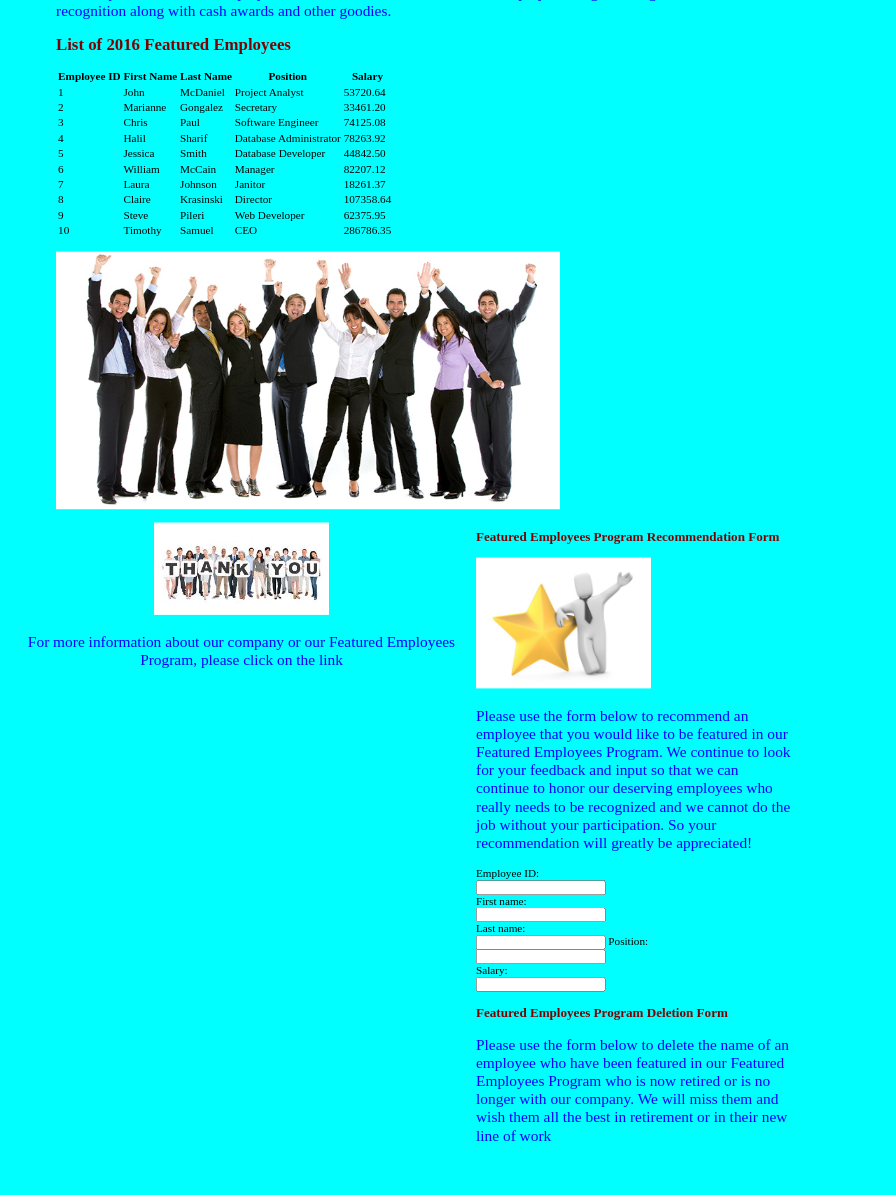
Repository: myjavaweb2/Week5JDBCAssignments
Page: myweek4project/src/main/webapp/employee.html
These files come from the project's save history. The page is drawn as it stood at one moment and after the next save; the edit follows.
The browser window is 1280 px wide. The pictures show the part of the page from y = 699 to 2619 px (the page is 2406 px tall before and 2619 px after), at 70% of full size.

Above is the page before, as saved 2016-08-30 19:23:48.

### myweek4project/src/main/webapp/employee.html
<!DOCTYPE html>
<html>
<head>
<meta charset="ISO-8859-1">
<title>Employee Recognition Program</title>

<link rel="stylesheet" type="text/css" href="styles.css">
</head>
<body>

	<header>

		<h1>New Age International IT Consultants</h1>

	</header>

	<main>

	<h2>We Are a Global Leaders in IT Consultants</h2>

	<p>New Age International IT Consultants is a worldwide IT
		consulting company that services many Fortune 500 companies. We
		provide support to reputable companies in the areas of software
		engineering, project management, IT analysis, database management
		systems, and information technology security. We also work with
		companies in screening their IT hires and provide mentoring to new
		hires and experienced company staffs.</p>

	<h3>List of our Major Services</h3>

	<ul>
		<li>Software Engineering</li>
		<li>Project Management</li>
		<li>Database Administration</li>
		<li>Web Design and Development</li>
		<li>IT Skills Recruitment and Mentoring</li>
	</ul>

	<h2>Featured Employees Program</h2>
	<p>At New Age International IT Consultants, our employees are our
		most valuable assets and we strive to honor our employees each year
		for their royalty and dedication to providing high quality services to
		our vast arrays of clients. Our employees who are featured on our
		Featured Employees Program are given recognition along with cash
		awards and other goodies.</p>

	<h2>List of 2016 Featured Employees</h2>

	<table class="table table-striped">
		<tr>
			<th>Employee ID</th>
			<th>First Name</th>
			<th>Last Name</th>
			<th>Position</th>
			<th>Salary</th>
		</tr>
		<tr>
			<td>1</td>
			<td>John</td>
			<td>McDaniel</td>
			<td>Project Analyst</td>
			<td>53720.64</td>
		</tr>
		<tr>
			<td>2</td>
			<td>Marianne</td>
			<td>Gongalez</td>
			<td>Secretary</td>
			<td>33461.20</td>
		</tr>
		<tr>
			<td>3</td>
			<td>Chris</td>
			<td>Paul</td>
			<td>Software Engineer</td>
			<td>74125.08</td>
		</tr>
		<tr>
			<td>4</td>
			<td>Halil</td>
			<td>Sharif</td>
			<td>Database Administrator</td>
			<td>78263.92</td>
		</tr>
		<tr>
			<td>5</td>
			<td>Jessica</td>
			<td>Smith</td>
			<td>Database Developer</td>
			<td>44842.50</td>
		</tr>
		<tr>
			<td>6</td>
			<td>William</td>
			<td>McCain</td>
			<td>Manager</td>
			<td>82207.12</td>
		</tr>
		<tr>
			<td>7</td>
			<td>Laura</td>
			<td>Johnson</td>
			<td>Janitor</td>
			<td>18261.37</td>
		</tr>
		<tr>
			<td>8</td>
			<td>Claire</td>
			<td>Krasinski</td>
			<td>Director</td>
			<td>107358.64</td>
		</tr>
		<tr>
			<td>9</td>
			<td>Steve</td>
			<td>Pileri</td>
			<td>Web Developer</td>
			<td>62375.95</td>
		</tr>
		<tr>
			<td>10</td>
			<td>Timothy</td>
			<td>Samuel</td>
			<td>CEO</td>
			<td>286786.35</td>
		</tr>
	</table>
	<br>
	<img alt="2016 Featured Employees" src="images/employees.jpg"> </main>

	<aside>
		<h3>Featured Employees Program Recommendation Form</h3>

		<img alt="2016 Featured Employees" src="images/employee_pride.jpg"
			width="250px">

		<p>Please use the form below to recommend an employee that you
			would like to be featured in our Featured Employees Program. We
			continue to look for your feedback and input so that we can continue
			to honor our deserving employees who really needs to be recognized
			and we cannot do the job without your participation. So your
			recommendation will greatly be appreciated!</p>

		<form action="">
				Employee ID:<br> <input type="text" name="employee_id"><br>
				First name:<br> <input type="text" name="first_name"><br>
				Last name:<br> <input type="text" name="last_name">
				Position:<br> <input type="text" name="position"><br>
				Salary:<br> <input type="text" name="salary">
		</form>

		<h3>Featured Employees Program Deletion Form</h3>

		<p>Please use the form below to delete the name of an employee who
			have been featured in our Featured Employees Program who is now
			retired or is no longer with our company. We will miss them and wish
			them all the best in retirement or in their new line of work</p>

	</aside>

	<footer>

		<img alt="2016 Featured Employees" src="images/employees2.jpg"
			width="250px">

		<p>For more information about our company or our Featured
			Employees Program, please click on the link</p>


	</footer>

</body>
</html>

### myweek4project/src/main/webapp/styles.css
html, body {
	margin: 0;
	padding: 0;
	border: 0;
	font-size: 100%;
	background-color: aqua;
}

header {
	height: 135px;
}

main {
	width: 950px;
	background-color: aqua;
	float: left;
	padding-left: 0;
	padding-right: 0;
	position: relative;
	right: 20px;
  	left: 80px;
  	top: 20px;
  	bottom: 15px;
}

aside {
	width: 450px;
	background-color: aqua;
	float: right;
	padding: 25px;
	padding-right: 150px;
}

footer {
	clear: left;
	padding: 35px;
	border: 5px;
	text-align: center;
}

p {
	font-style: Times New Roman, Tahoma, sans serif;
	font-size: 22px;
	color: blue;
}

h1, h2, h3 {
	font-family: fantasy, serif;
	color:maroon;
}

h1 {
	font-family: "Helvetica-Bold",Impact, sans serif;
	text-align: center;

}

ul {
	color:teal;
	font-size: 20px;
}
a {
	color: purple;
	text-decoration: none;
}

a:hover {

    text-decoration: line-through;
}

After the next save:
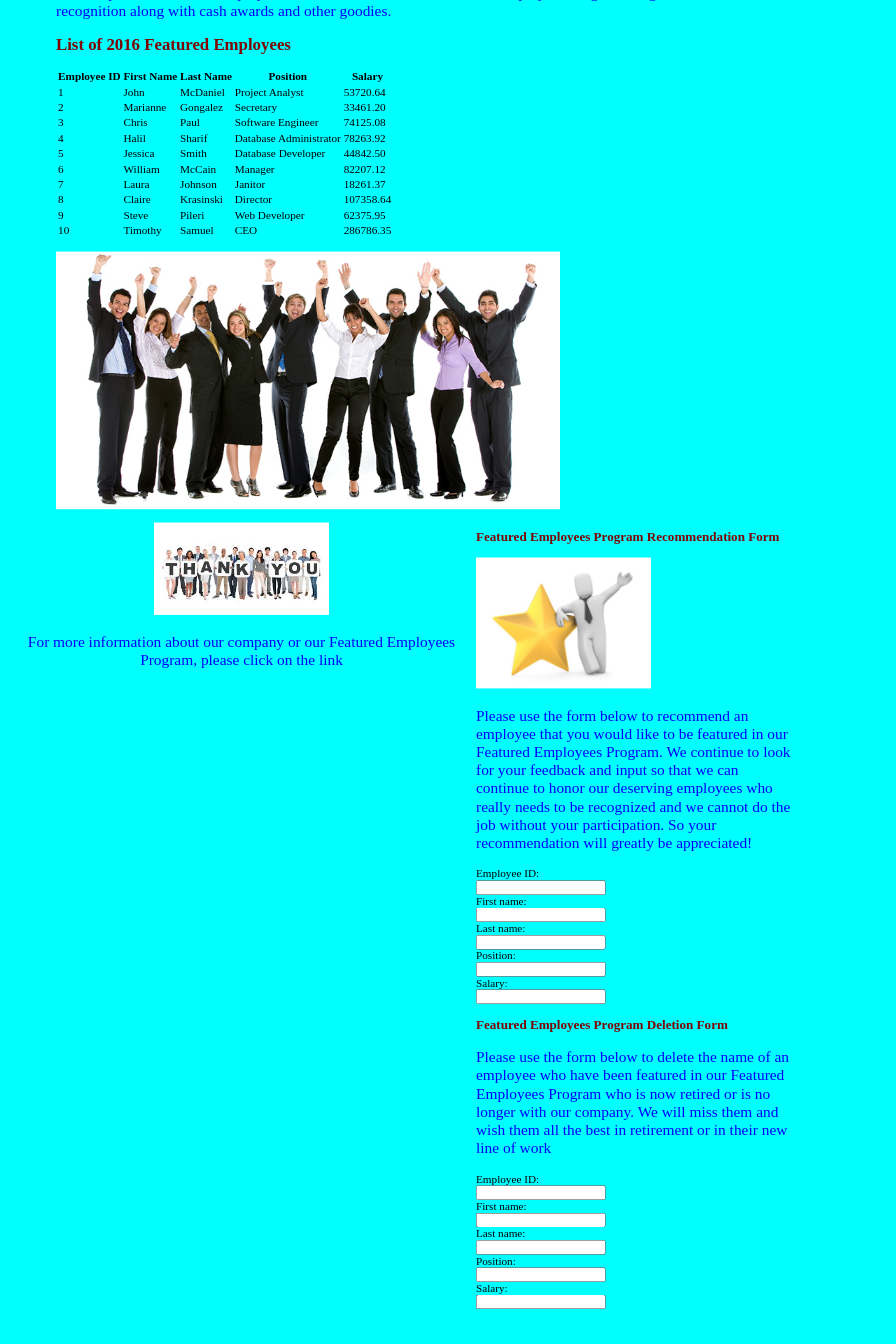
Saved 38 s later.
--- a/myweek4project/src/main/webapp/employee.html
+++ b/myweek4project/src/main/webapp/employee.html
@@ -144,7 +144,7 @@
 		<form action="">
 				Employee ID:<br> <input type="text" name="employee_id"><br>
 				First name:<br> <input type="text" name="first_name"><br>
-				Last name:<br> <input type="text" name="last_name">
+				Last name:<br> <input type="text" name="last_name"><br>
 				Position:<br> <input type="text" name="position"><br>
 				Salary:<br> <input type="text" name="salary">
 		</form>
@@ -155,6 +155,14 @@
 			have been featured in our Featured Employees Program who is now
 			retired or is no longer with our company. We will miss them and wish
 			them all the best in retirement or in their new line of work</p>
+
+			<form action="">
+				Employee ID:<br> <input type="text" name="employee_id"><br>
+				First name:<br> <input type="text" name="first_name"><br>
+				Last name:<br> <input type="text" name="last_name"><br>
+				Position:<br> <input type="text" name="position"><br>
+				Salary:<br> <input type="text" name="salary">
+		</form>
 
 	</aside>
 
